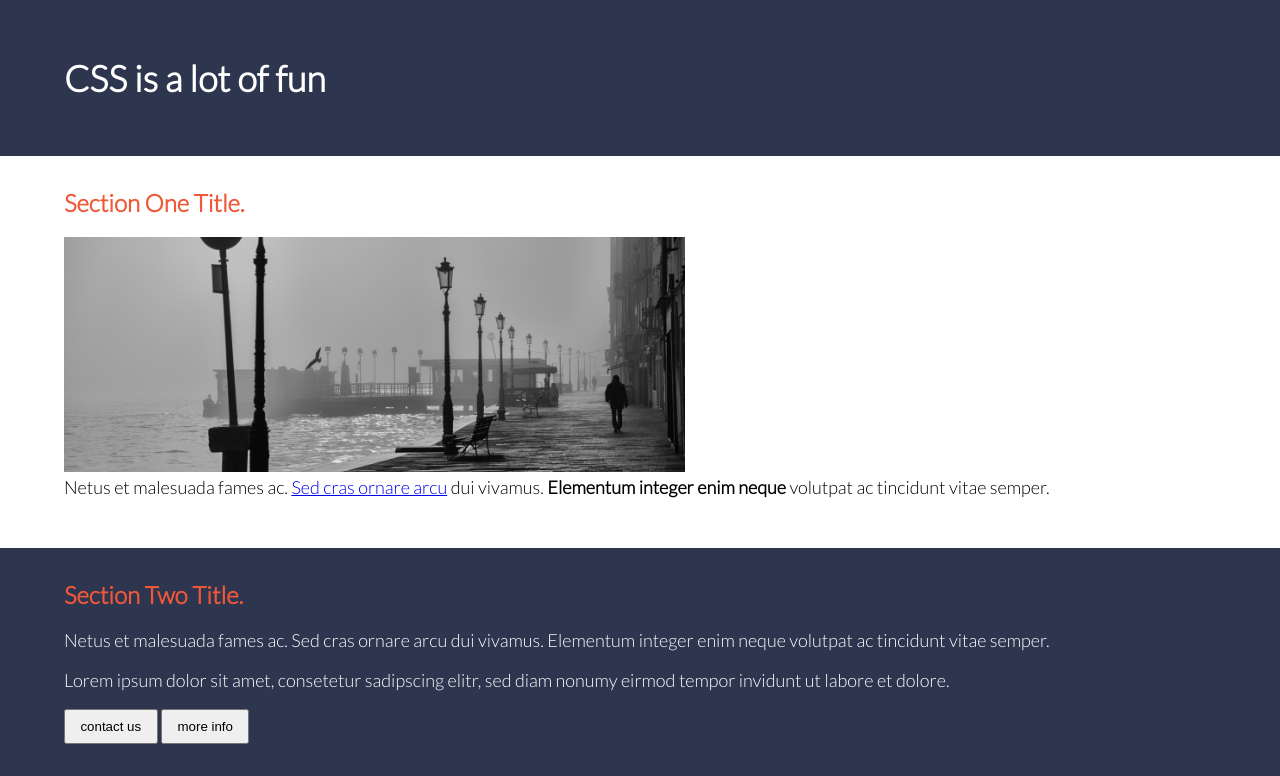
Repository: Doumham-Armah/sample-landing-page
Page: index.html
The author's editor kept a copy of each file at every save. The page is drawn from the files as they stood at one save, then again after the next save.
The browser window is 1280 px wide. The pictures show the whole page.

Above is the page before, as saved 2021-08-16 13:04:35.

After the next save:
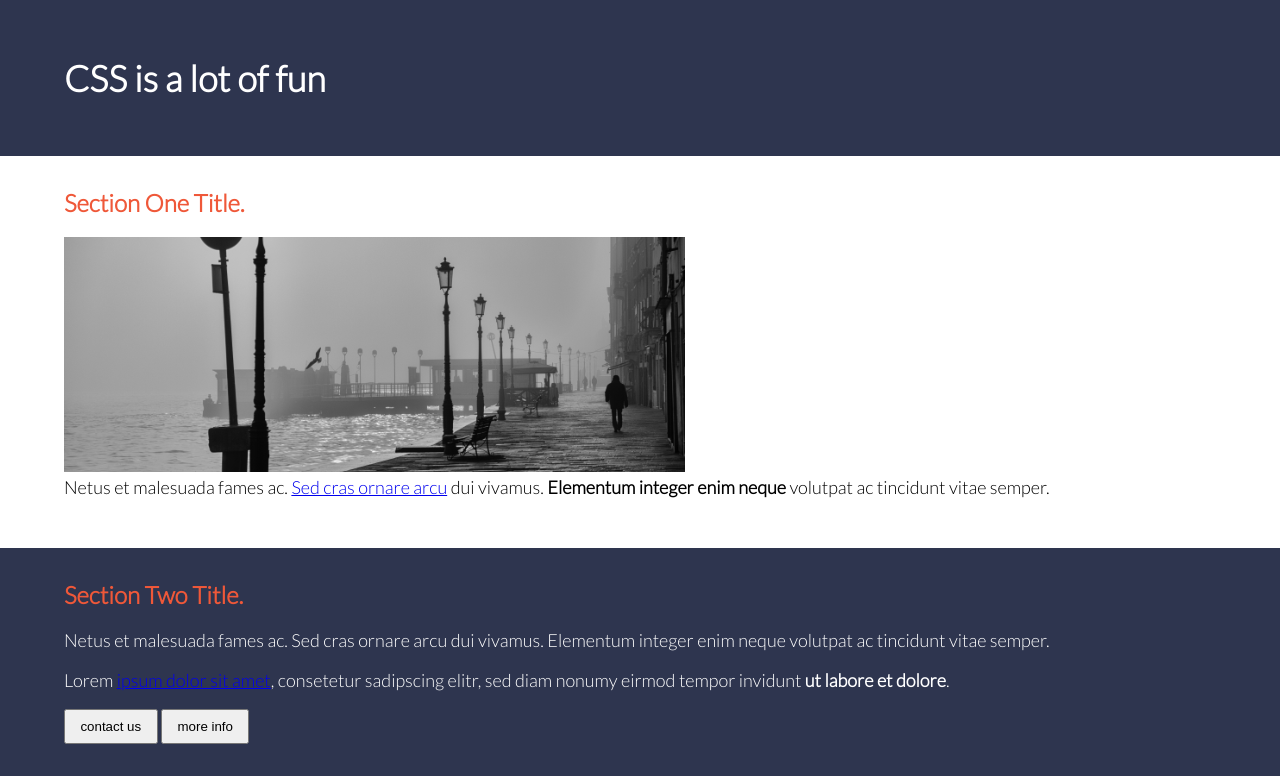
Saved 28 min 3 s later.
--- a/index.html
+++ b/index.html
@@ -41,8 +41,9 @@
           Elementum integer enim neque volutpat ac tincidunt vitae semper.
         </p>
         <p>
-          Lorem ipsum dolor sit amet, consetetur sadipscing elitr, sed diam
-          nonumy eirmod tempor invidunt ut labore et dolore.
+          Lorem <a href="#">ipsum dolor sit amet</a>, consetetur sadipscing
+          elitr, sed diam nonumy eirmod tempor invidunt
+          <strong>ut labore et dolore</strong>.
         </p>
         <button class="btn btn-accent">contact us</button>
         <button class="btn btn-white">more info</button>
